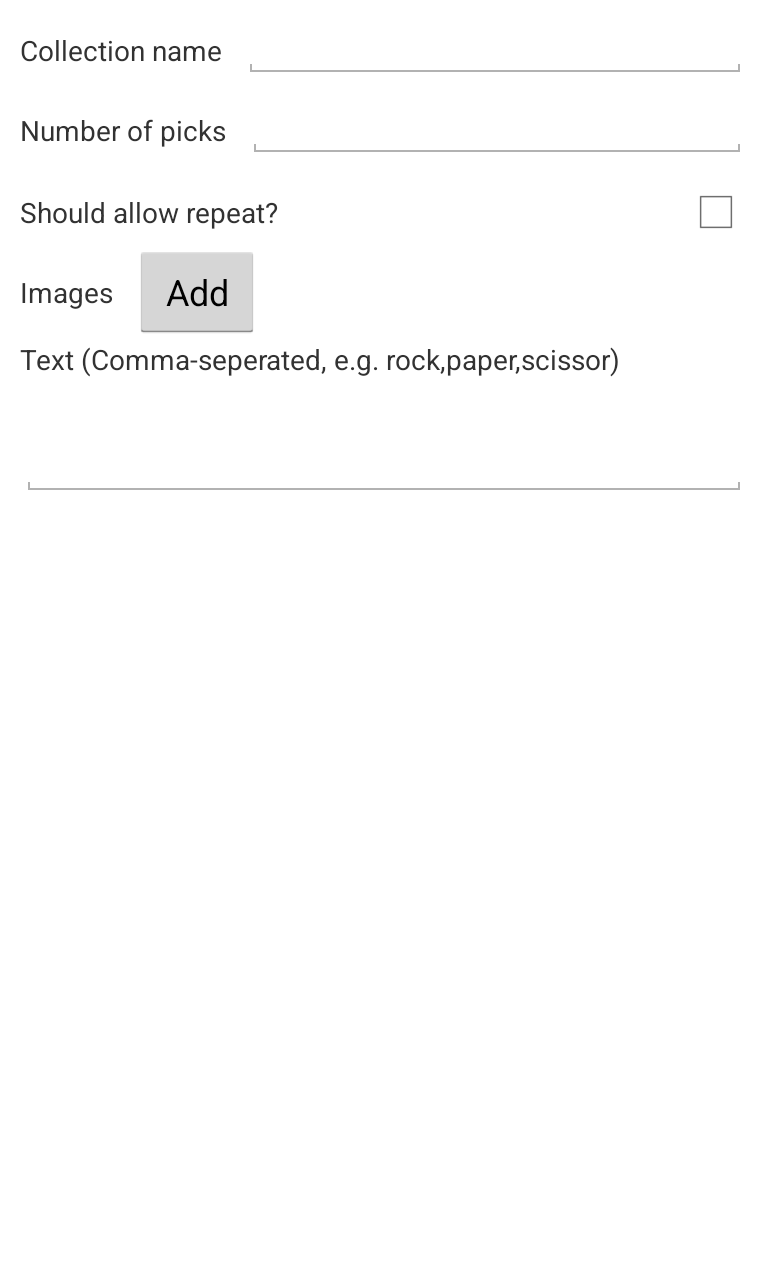
Repository: nqmtuan/RandomRandomizerAndroid
Layout: Workspace/RandomRandomizer/res/layout/create_edit_random_collection.xml
The author's editor kept a copy of each file at every save. The layout is drawn from the files as they stood at one save, then again after the next save.
It is drawn on a 768 x 1280 px phone screen (xhdpi) without system bars, with theme AppTheme; the app's code is not run.

Above is the layout before, as saved 2013-07-30 15:06:39.

After the next save:
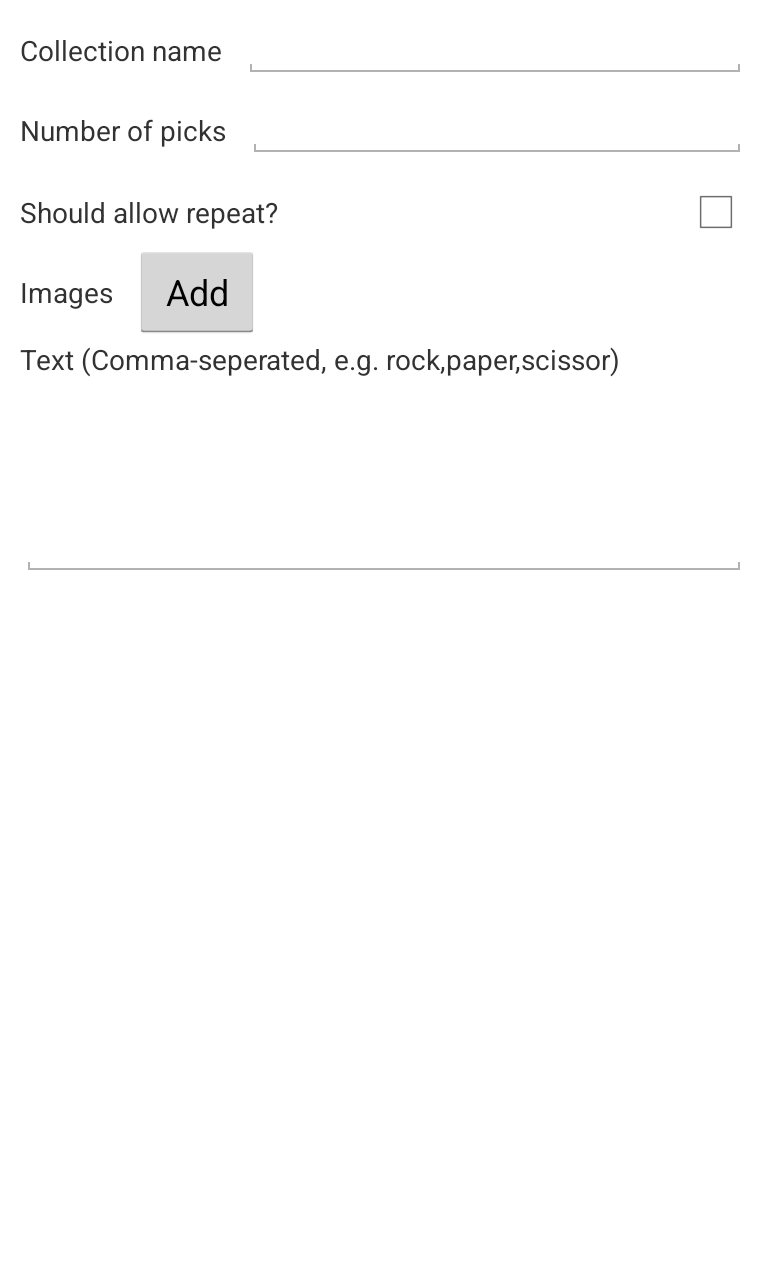
Saved 11 s later.
--- a/Workspace/RandomRandomizer/res/layout/create_edit_random_collection.xml
+++ b/Workspace/RandomRandomizer/res/layout/create_edit_random_collection.xml
@@ -139,7 +139,7 @@
                 <EditText
                     android:id="@+id/create_random_collection_text_edit_text"
                     android:layout_width="fill_parent"
-                    android:layout_height="60dp"
+                    android:layout_height="100dp"
                     android:layout_below="@+id/create_random_collection_text_label"
                     android:layout_marginRight="10dp"
                     android:singleLine="false"
